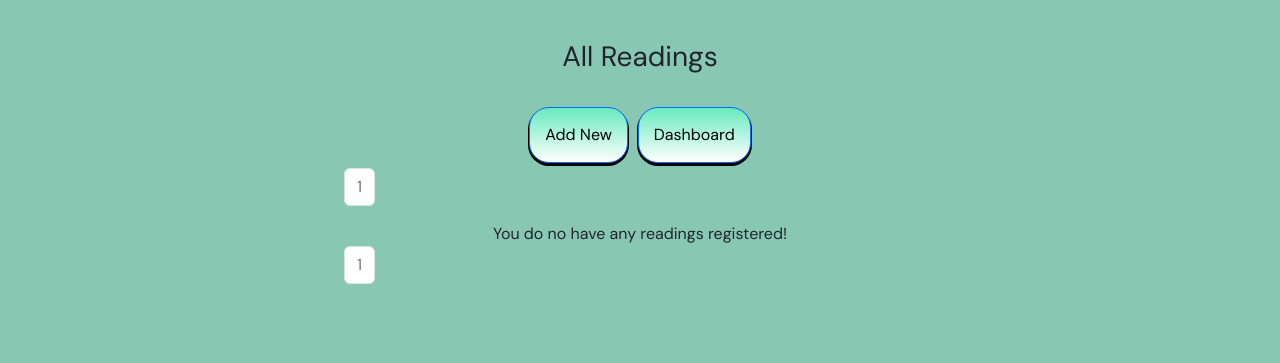
Repository: aiodell/my-glucose-checkup
Page: /bgls/all (app in client/)
These files come from the project's save history. The page is drawn as it stood at one moment and after the next save; the edit follows.
The browser window is 1280 px wide. The pictures show the whole page.
The page's requests for data from a server got no answer. The project was rebuilt for these pictures with package versions that can differ from the ones it lists, and the page was loaded fresh each time. No one was signed in, and anything a server would have sent is missing. Also part of the build but not shown: client/src/components/Login.js, client/src/components/Signup.js, client/src/components/Dashboard.js, client/src/components/NewReading.js, client/src/components/Home.js, client/src/components/BglUpdateForm.js, client/src/components/BglEventDetails.js, client/src/components/NewBglEvent.js and 8 more.

Above is the page before, as saved 2022-10-06 06:53:21.

After the next save:
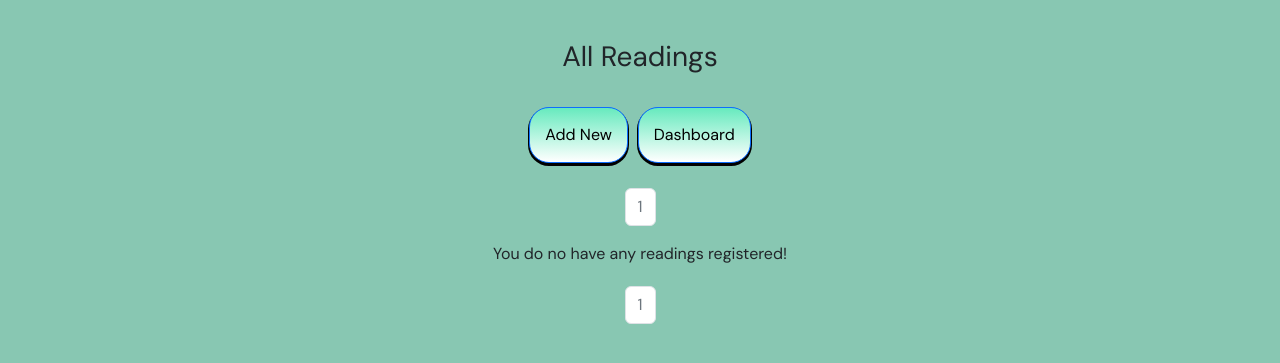
Saved 6 s later.
--- a/client/src/styles.css
+++ b/client/src/styles.css
@@ -149,9 +149,12 @@ body {
   max-width: 50%;
 }
 
-.pages{
-  text-align: center;
-}
+.pages {
+  display: flex;
+  justify-content: center;
+  margin-top: 20px;
+}
+
 .bgl-card{
   margin: 10px;
   text-decoration: none;
